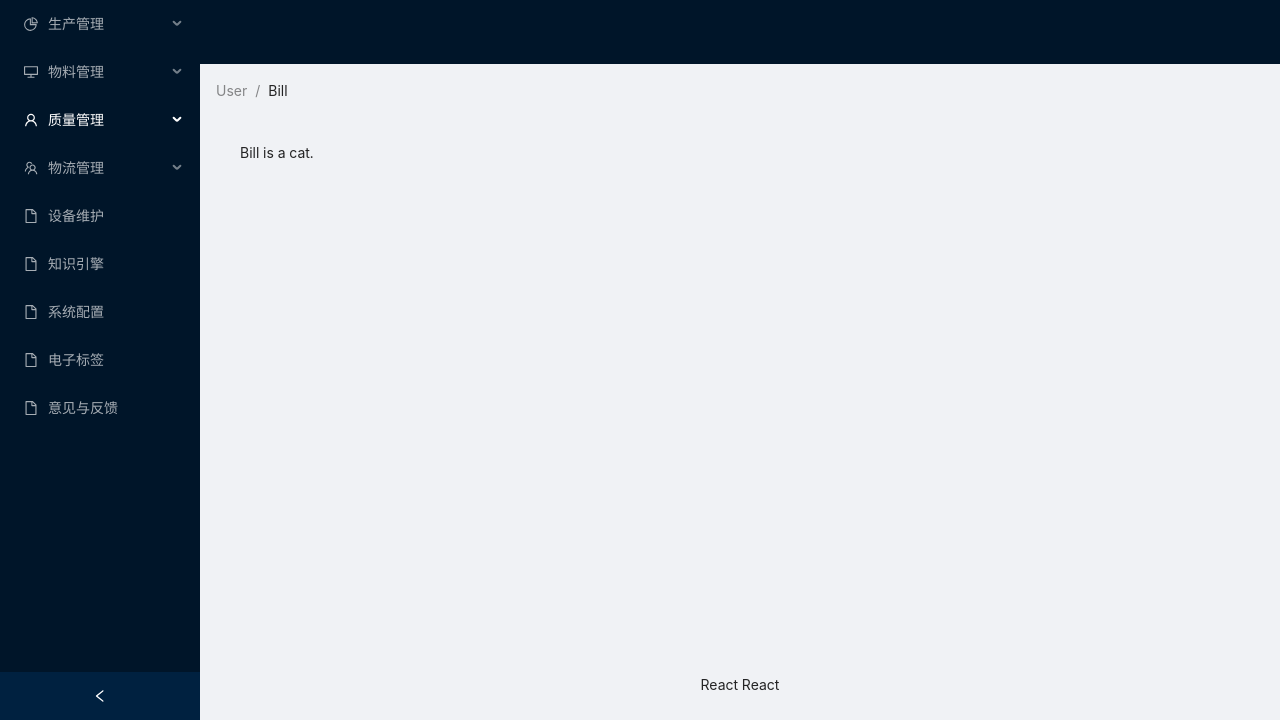
Repository: Vsran/management
Page: /
An editor plug-in stored every save of this project. The page is shown before and after the next save, followed by the edit.
The browser window is 1280 px wide. The pictures show the whole page.
The project was rebuilt for these pictures with package versions that can differ from the ones it lists, and the page was loaded fresh each time.

Above is the page before, as saved 2021-01-16 16:34:18.

### src/index.js
import React from "react";
import ReactDOM from "react-dom";
//import { Provider } from "react-redux";
//import { store } from "./redux/store";
//import "./index.css";
//import App from "./App";
import reportWebVitals from "./reportWebVitals";
import SiderDemo from './pages/layout';
import 'antd/dist/antd.css';
//ReactDOM.render(
//  <Provider store={store}>
//    <React.StrictMode>
//      <App />
//    </React.StrictMode>
//  </Provider>,
//  document.getElementById("root")
//);

ReactDOM.render(
  <SiderDemo/>,
  document.getElementById("root")
);


// If you want to start measuring performance in your app, pass a function
// to log results (for example: reportWebVitals(console.log))
// or send to an analytics endpoint. Learn more: https://bit.ly/CRA-vitals
reportWebVitals();

### src/pages/layout.js
import React from "react";
import { Layout, Menu, Breadcrumb } from "antd";
import {
  DesktopOutlined,
  PieChartOutlined,
  FileOutlined,
  TeamOutlined,
  UserOutlined,
} from "@ant-design/icons";

const { Header, Content, Footer, Sider } = Layout;
const { SubMenu } = Menu;

class SiderDemo extends React.Component {
  state = {
    collapsed: false,
  };

  onCollapse = (collapsed) => {
    console.log(collapsed);
    this.setState({ collapsed });
  };

  render() {
    const { collapsed } = this.state;
    return (
      <Layout style={{ minHeight: "100vh" }}>
        <Sider collapsible collapsed={collapsed} onCollapse={this.onCollapse}>
          <div className='logo' />
          <Menu theme='dark' defaultSelectedKeys={["1"]} mode='inline'>
            <SubMenu key='sub1' icon={<PieChartOutlined />} title='生产管理'>
              <Menu.Item key="1">计划工单</Menu.Item>
              <Menu.Item key="2">生产任务</Menu.Item>
              <Menu.Item key="3">生产看板</Menu.Item>
              <Menu.Item key="4">生产报表</Menu.Item>
              <Menu.Item key="5">销售订单</Menu.Item>
              <Menu.Item key="6">追溯</Menu.Item>
            </SubMenu>
            <SubMenu key='sub2' icon={<DesktopOutlined />} title='物料管理'>
              <Menu.Item key='1'>物料请求</Menu.Item>
              <Menu.Item key='2'>备料任务</Menu.Item>
              <Menu.Item key='3'>现有量查询</Menu.Item>
              <Menu.Item key='4'>记录查询</Menu.Item>
              <Menu.Item key='5'>物料看板</Menu.Item>
              <Menu.Item key='6'>物料报表</Menu.Item>
            </SubMenu>
            <SubMenu key='sub3' icon={<UserOutlined />} title='质量管理'>
              <Menu.Item key='1'>质检任务</Menu.Item>
              <Menu.Item key='2'>质检看板</Menu.Item>
              <Menu.Item key='3'>质检报表</Menu.Item>
            </SubMenu>
            <SubMenu key='sub4' icon={<TeamOutlined />} title='物流管理'>
              <Menu.Item key='6'>Team 1</Menu.Item>
              <Menu.Item key='8'>Team 2</Menu.Item>
            </SubMenu>
            <Menu.Item key='9' icon={<FileOutlined />}>
              设备维护
            </Menu.Item>
            <Menu.Item key='9' icon={<FileOutlined />}>
              知识引擎
            </Menu.Item>
            <Menu.Item key='10' icon={<FileOutlined />}>
              系统配置
            </Menu.Item>
            <Menu.Item key='11' icon={<FileOutlined />}>
              电子标签
            </Menu.Item>
            <Menu.Item key='12' icon={<FileOutlined />}>
              意见与反馈
            </Menu.Item>
          </Menu>
        </Sider>
        <Layout className='site-layout'>
          <Header className='site-layout-background' style={{ padding: 0 }} />
          <Content style={{ margin: "0 16px" }}>
            <Breadcrumb style={{ margin: "16px 0" }}>
              <Breadcrumb.Item>User</Breadcrumb.Item>
              <Breadcrumb.Item>Bill</Breadcrumb.Item>
            </Breadcrumb>
            <div
              className='site-layout-background'
              style={{ padding: 24, minHeight: 360 }}
            >
              Bill is a cat.
            </div>
          </Content>
          <Footer style={{ textAlign: "center" }}>React React </Footer>
        </Layout>
      </Layout>
    );
  }
}

export default SiderDemo;

Loaded but not shown: public/index.html (common file); src/reportWebVitals.js (common file)

After the next save:
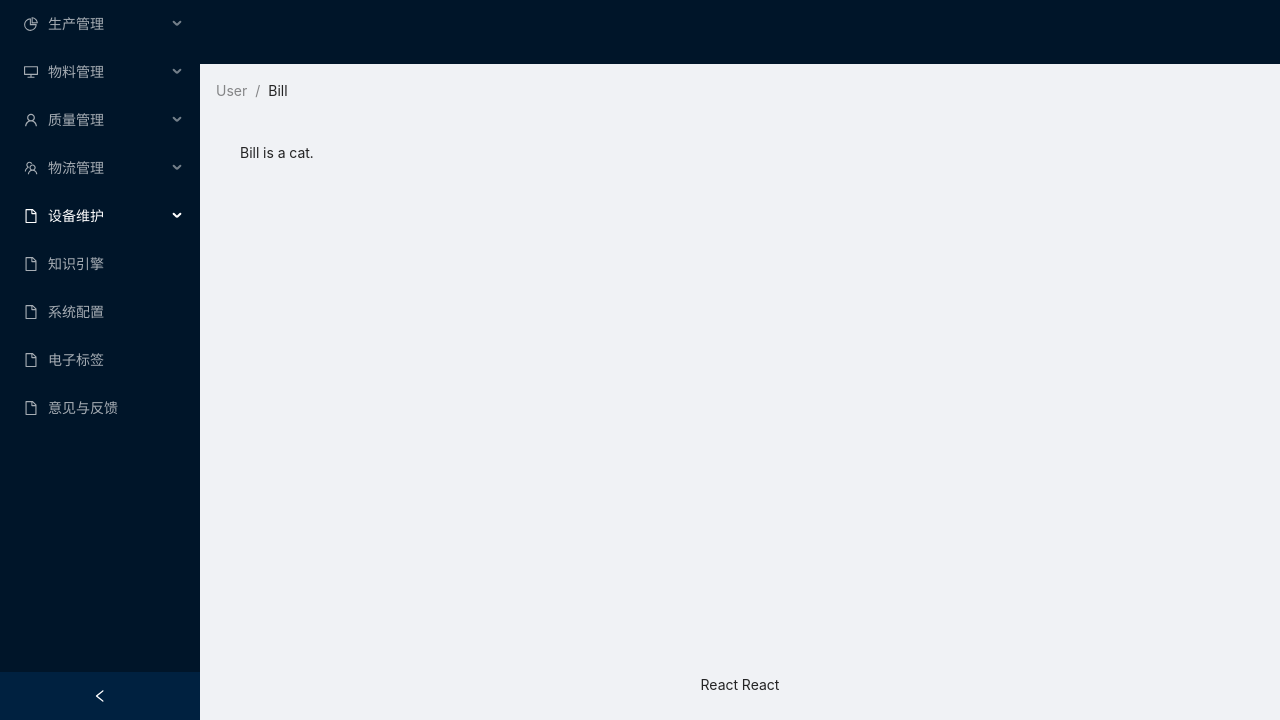
Saved 2 min 35 s later.
--- a/src/pages/layout.js
+++ b/src/pages/layout.js
@@ -53,9 +53,14 @@ class SiderDemo extends React.Component {
               <Menu.Item key='6'>Team 1</Menu.Item>
               <Menu.Item key='8'>Team 2</Menu.Item>
             </SubMenu>
-            <Menu.Item key='9' icon={<FileOutlined />}>
-              设备维护
-            </Menu.Item>
+            <SubMenu key='sub5' icon={<FileOutlined />} title='设备维护'>
+              <Menu.Item key='1'>设备实况</Menu.Item>
+              <Menu.Item key='2'>维护任务</Menu.Item>
+              <Menu.Item key='3'>维护请求</Menu.Item>
+              <Menu.Item key='4'>设备管理</Menu.Item>
+              <Menu.Item key='5'>设备看板</Menu.Item>
+              <Menu.Item key='6'>设备报表</Menu.Item>
+            </SubMenu>
             <Menu.Item key='9' icon={<FileOutlined />}>
               知识引擎
             </Menu.Item>
